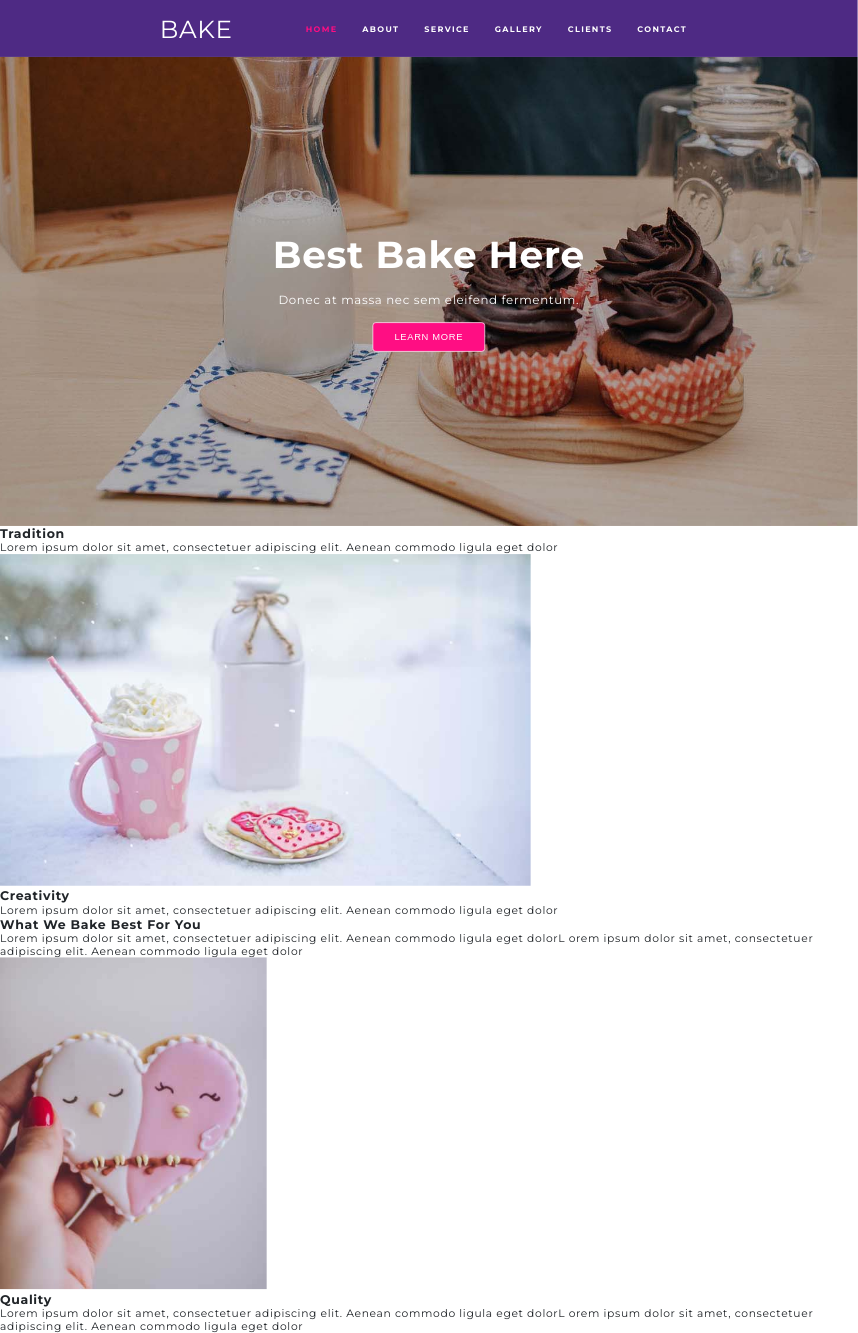
Repository: ducdatit2002/bake-cake
Page: index.html
These files come from the project's save history. The page is drawn as it stood at one moment and after the next save; the edit follows.
The browser window is 1280 px wide. The pictures show the whole page, at 67% of full size.

Above is the page before, as saved 2023-07-13 12:00:32.

### index.html
<!DOCTYPE html>
<html lang="en">
<head>
    <meta charset="UTF-8">
    <meta name="viewport" content="width=device-width, initial-scale=1.0">
    <title>BAKE</title>
    <!-- FONT ICON -->
    <link rel="stylesheet" href="https://cdnjs.cloudflare.com/ajax/libs/font-awesome/6.4.0/css/all.min.css"
        integrity="sha512-iecdLmaskl7CVkqkXNQ/ZH/XLlvWZOJyj7Yy7tcenmpD1ypASozpmT/E0iPtmFIB46ZmdtAc9eNBvH0H/ZpiBw=="
        crossorigin="anonymous" referrerpolicy="no-referrer" />
    <!-- FONT GOOGLE -->
    <link rel="preconnect" href="https://fonts.googleapis.com">
    <link rel="preconnect" href="https://fonts.gstatic.com" crossorigin>
    <link href="https://fonts.googleapis.com/css2?family=Montserrat:wght@300;400;700&display=swap" rel="stylesheet">
    <!-- MAIN CSS -->
    <link rel="stylesheet" href="./index.css">

</head>
<body>
    <!-- HEADER -->
    <header>
        <div class="header__content">
            <p>BAKE</p>
            <nav>
                <ul>
                    <li class="active"><a href="#">HOME</a></li>
                    <li><a href="#">ABOUT</a></li>
                    <li><a href="#">SERVICE</a></li>
                    <li><a href="#">GALLERY</a></li>
                    <li><a href="#">CLIENTS</a></li>
                    <li><a href="#">CONTACT</a></li>
                </ul>
            </nav>
        </div>
    </header>
    <!-- CAROUSEL -->
    <section class="carousel">
        <div class="carousel__content">
            <h1>Best Bake Here</h1>
            <p>Donec at massa nec sem eleifend fermentum.</p>
            <button>LEARN MORE</button>
        </div>
    </section>
    <!-- INTRO -->
    <section class="intro">
        <div class="intro__item">
            <div>
                <h3>Tradition</h3>
                <p>Lorem ipsum dolor sit amet, consectetuer adipiscing elit. Aenean commodo ligula eget dolor</p>
            </div>
        </div>
        <div class="intro__item">
            <img src="./img/ab1.jpg" alt="intro 1">
        </div>
        <div class="intro__item">
            <div>
                <h3>Creativity</h3>
                <p>Lorem ipsum dolor sit amet, consectetuer adipiscing elit. Aenean commodo ligula eget dolor</p>
            </div>
        </div>
        <div class="intro__item">
            <div>
                <h3>What We Bake Best For You</h3>
                <p>Lorem ipsum dolor sit amet, consectetuer adipiscing elit. Aenean commodo ligula eget dolorL orem ipsum dolor sit amet,
                consectetuer adipiscing elit. Aenean commodo ligula eget dolor</p>
            </div>
        </div>
        <div class="intro__item">
            <img src="./img/ab2.jpg" alt="intro 2">
        </div>
        <div class="intro__item">
            <div>
                <h3>Quality</h3>
                <p>Lorem ipsum dolor sit amet, consectetuer adipiscing elit. Aenean commodo ligula eget dolorL orem ipsum dolor
                    sit amet,
                    consectetuer adipiscing elit. Aenean commodo ligula eget dolor</p>
            </div>
        </div>
    </section>
    <!-- NUMBER -->
    <section class="number"></section>
    <!-- SERVICES -->
    <section class="services"></section>
    <!-- GALLERY -->
    <section class="gallery"></section>
    <!-- TEAM MEMBER -->
    <section class="team"></section>
    <!-- FEEDBACK -->
    <section class="feedback"></section>
    <!-- CONTACT -->
    <section class="contact"></section>
    <!-- FOOTER -->
    <footer></footer>
</body>
</html>

### index.css
/* GLOBAL */
*{
    margin: 0;
    padding: 0;
    box-sizing: border-box;
}
html{
    font-size: 16px;
    /* 1 rem = 18px */
    /* Không khai báo thì 1 rem là 16px */

}
body {
    font-family: 'Montserrat', sans-serif;
    color: #212529;
    background-color: #fff;
    letter-spacing: 1px;
}
button {
    background-color: #ff0e83;
    border: 1px solid white;
    color: white;
    padding: 13px 32px;
    font-size: 0.875rem;
    border-radius: 5px;
    cursor: pointer;
    letter-spacing: 1px;
    transition: all 0.5s;
}
button:hover {
    background-color: white;
    color: black;
    border-color: #ff0e83;

}
/* HEADER */
header {
    background-color: #4e2a84;
    padding: 20px 0;
}
.header__content {
    width: 70%;
    margin: 0 auto;
    display: flex;
    justify-content: space-around;
    align-items: center;
}
.header__content ul {
    list-style: none;
}
.header__content ul a {
    text-decoration: none;
    color: white;
    font-weight: 700;
    font-size: 0.75rem;
    letter-spacing: 2px;
    /* transition-property: all;
    transition-duration: 1s;
    transition-delay: 0s;
    transition-timing-function: linear; */
    transition: all 1s;
}
.header__content ul a:hover {
    color: #ff0e83;
}
.header__content ul li {
    display: inline;
    margin: 0 1rem;
}
.header__content p {
    color: white;
    font-size: 2.3rem;
    /* 2.3 rem ~ 37px */
}
.header__content ul .active a {
    color: #ff0e83;
}

/* CAROUSEL */
.carousel{
    background-image: url(./img/b3.jpg);
    height: 700px;
    background-size: cover;
    background-position: center;
    color: white;
    text-align: center;
    display: flex;
    justify-content: center;
    align-items: center;
}
.carousel__content h1 {
    font-size: 3.5rem;
}
.carousel__content p {
    font-size: 1.1rem;
    padding: 23px 0;
}

After the next save:
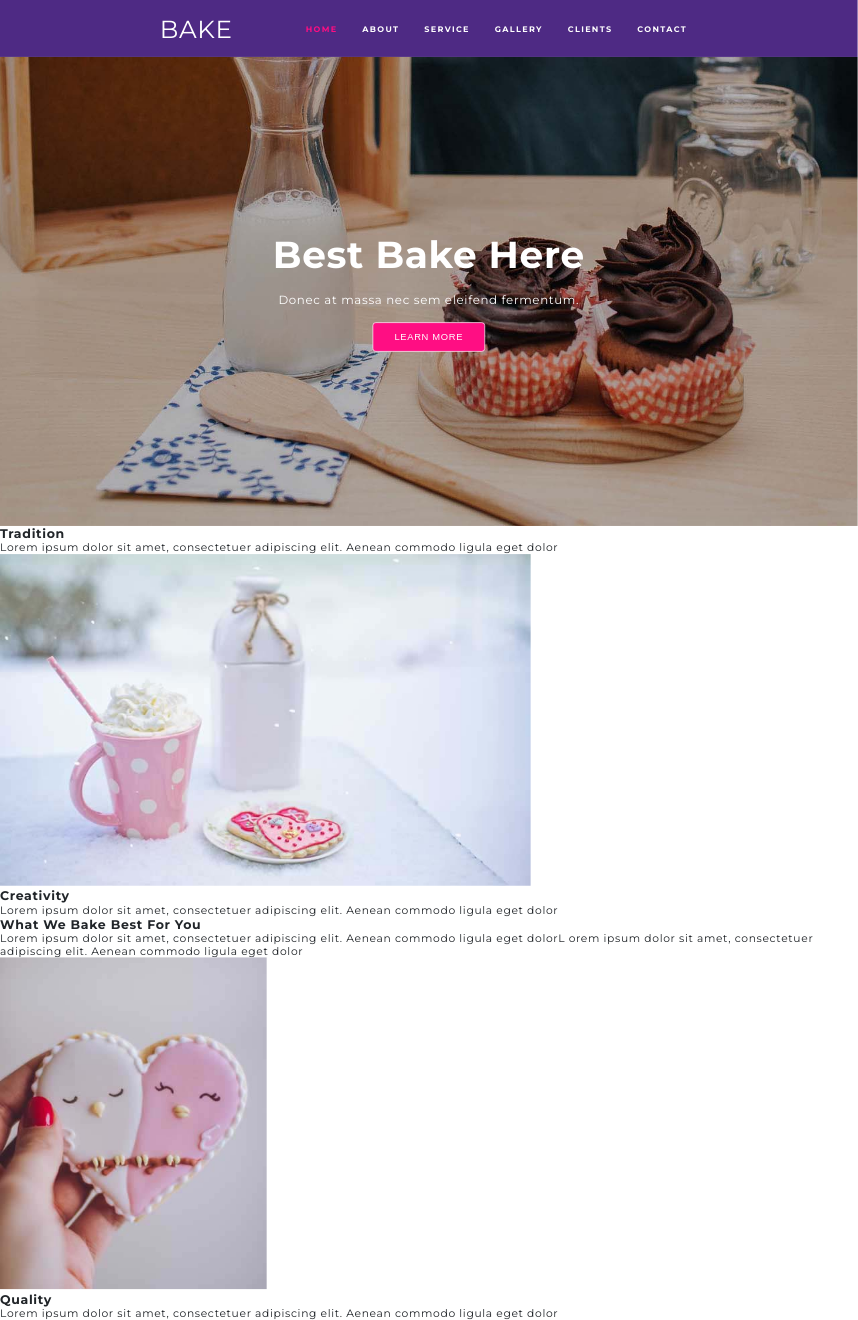
Saved 8 s later.
--- a/index.html
+++ b/index.html
@@ -71,9 +71,7 @@
         <div class="intro__item">
             <div>
                 <h3>Quality</h3>
-                <p>Lorem ipsum dolor sit amet, consectetuer adipiscing elit. Aenean commodo ligula eget dolorL orem ipsum dolor
-                    sit amet,
-                    consectetuer adipiscing elit. Aenean commodo ligula eget dolor</p>
+                <p>Lorem ipsum dolor sit amet, consectetuer adipiscing elit. Aenean commodo ligula eget dolor</p>
             </div>
         </div>
     </section>
